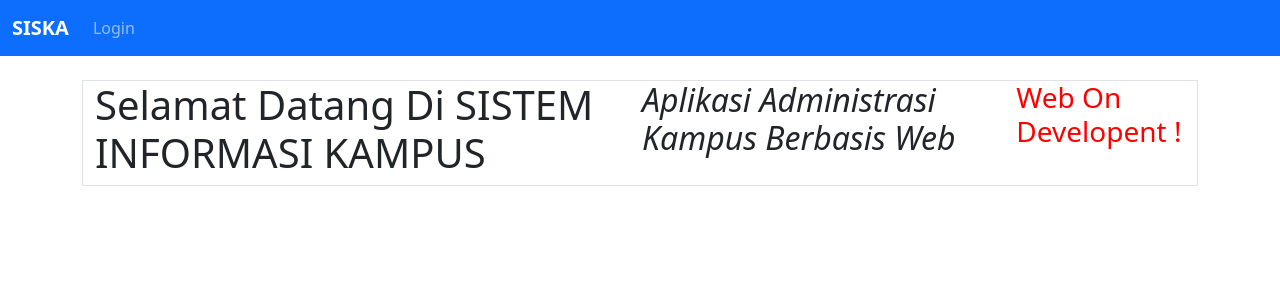
Repository: WiraAtma/administrasi-kampus
Page: http://localhost/
These files come from the project's save history. The page is drawn as it stood at one moment and after a run of saves; the edit follows.
The browser window is 1280 px wide. The pictures show the whole page.
The page is served by the project's Laravel application, run on PHP 8.4 with Laravel 12.

Above is the page before, as saved 2024-10-25 15:24:01.

After the next 5 saves:
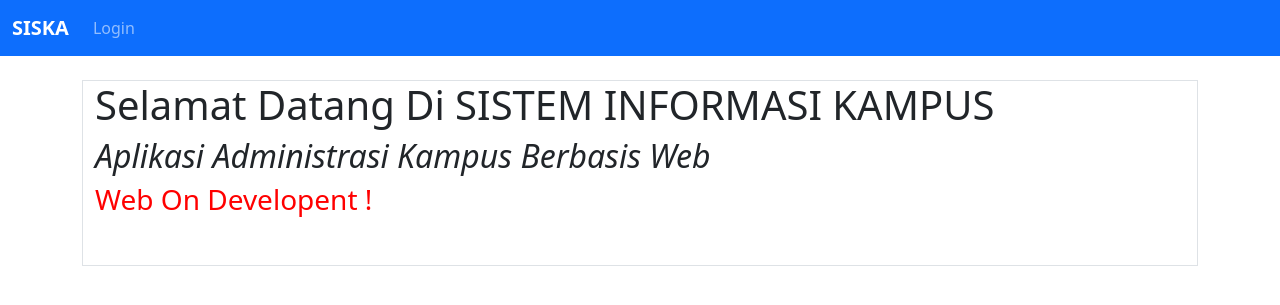
The 5 saves are shown as one change because they came seconds apart.
The last was saved 21 s later.
--- a/resources/views/home.blade.php
+++ b/resources/views/home.blade.php
@@ -5,18 +5,18 @@
 @section('content')
 <div class="container d-flex border">
     <div class="wrapper">
-
-    </div>
-    <h1>Selamat Datang Di SISTEM INFORMASI KAMPUS</h1>
-    <h2><i>Aplikasi Administrasi Kampus Berbasis Web</i></h2>
-    <h3 style="color: red">Web On Developent !</h3>
-    <div class="mt-5">
+        <h1>Selamat Datang Di SISTEM INFORMASI KAMPUS</h1>
+        <h2><i>Aplikasi Administrasi Kampus Berbasis Web</i></h2>
+        <h3 style="color: red">Web On Developent !</h3>
+        <div class="mt-5">
         @if(auth()->check() && auth()->user()->name != '')
             <h6>User Login : {{ Auth::user()->name }}</h6>
             <h6>User Position : {{ Auth::user()->role->name }}</h6>
         @else
         @endif
     </div>
+    </div>
+
 </div>
 
 @endsection
